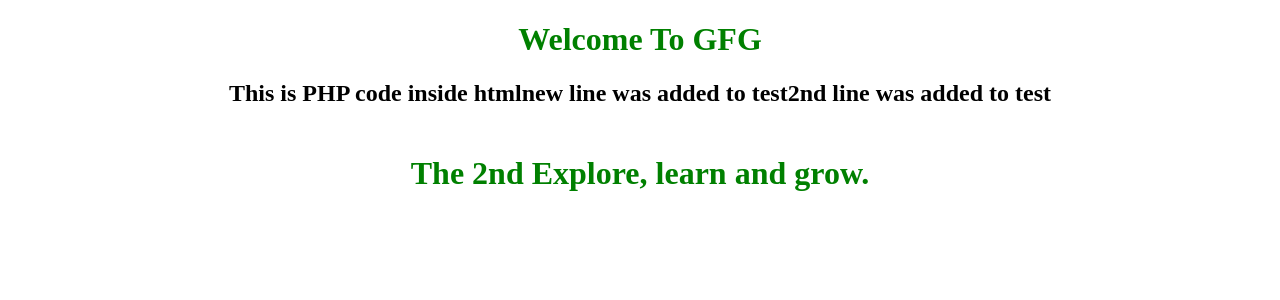
Repository: Ashwin1510/php_projectgh
Page: http://localhost/example.php
These files come from the project's save history. The page is drawn as it stood at one moment and after a run of saves; the edit follows.
The browser window is 1280 px wide. The pictures show the whole page.
The page is run by PHP 8.4 with error messages shown; the project is at /var/www/html/.

Above is the page before, as saved 2022-12-14 11:11:31.

After the next 2 saves:
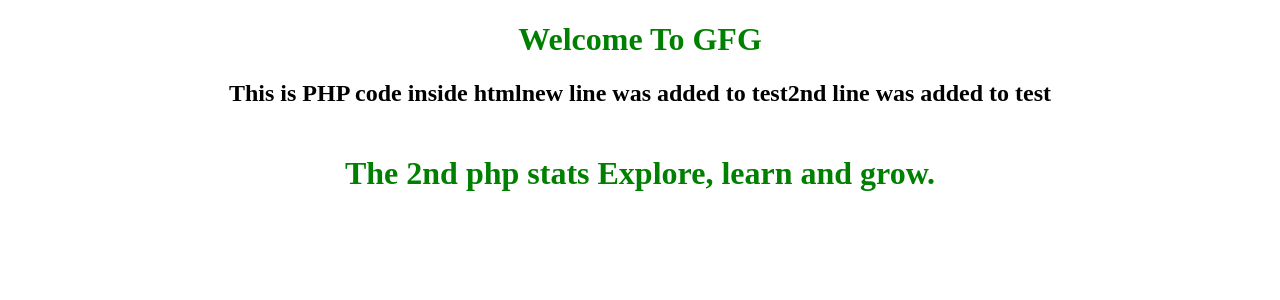
The 2 saves are shown as one change because they came seconds apart.
The last was saved 8 s later.
--- a/example.php
+++ b/example.php
@@ -23,7 +23,7 @@
 			?>
 
 
-               <h1>The 2nd
+               <h1>The 2nd php stats
            <?php
 
 		     echo 'Explore, learn and grow.'
